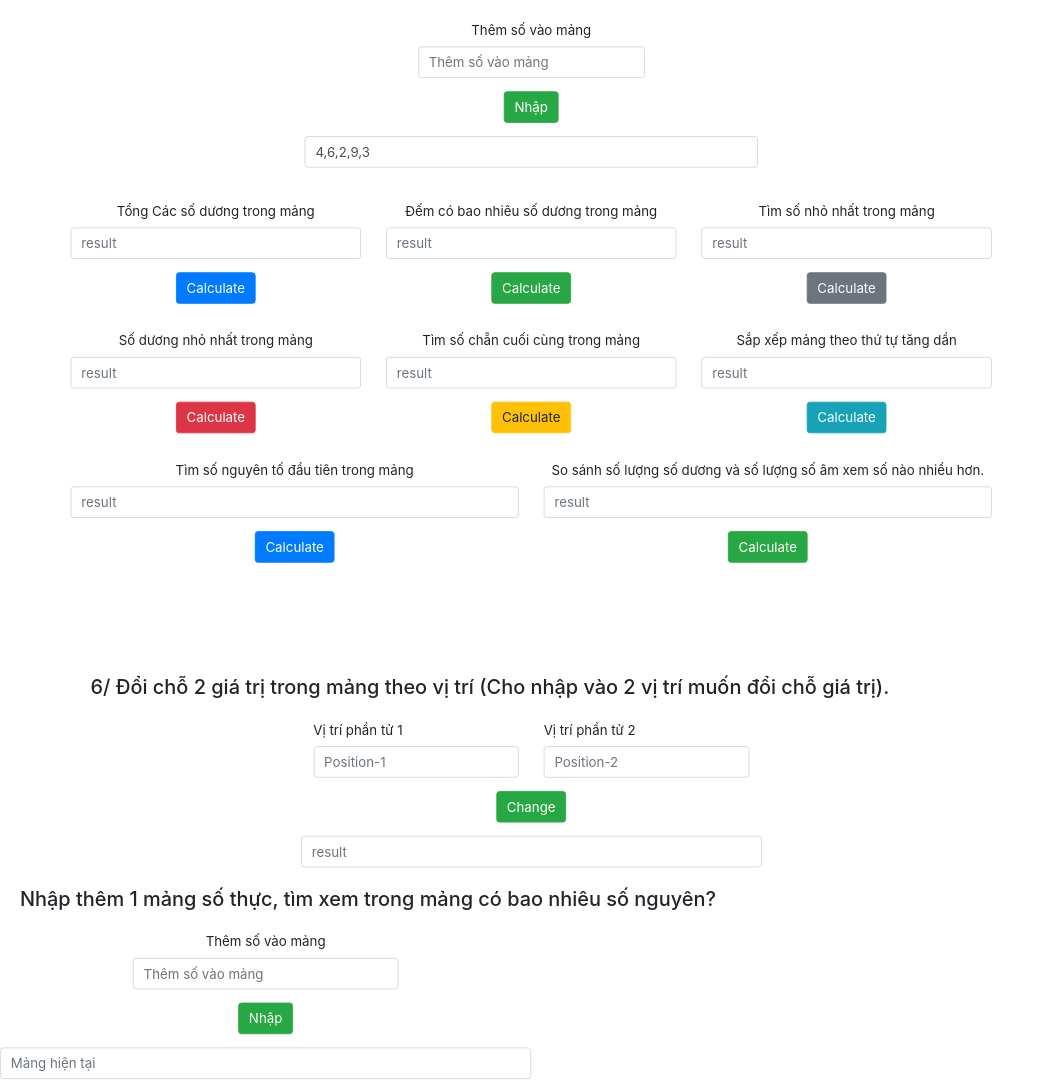
Repository: baobaodeveloper/bootcamp21__array__HuynhAnhBao
Page: index.html
The author's editor kept a copy of each file at every save. The page is drawn from the files as they stood at one save, then again after the next save.
The browser window is 1280 px wide. The pictures show the whole page, at 83% of full size.

Above is the page before, as saved 2022-03-20 19:48:02.

After the next save:
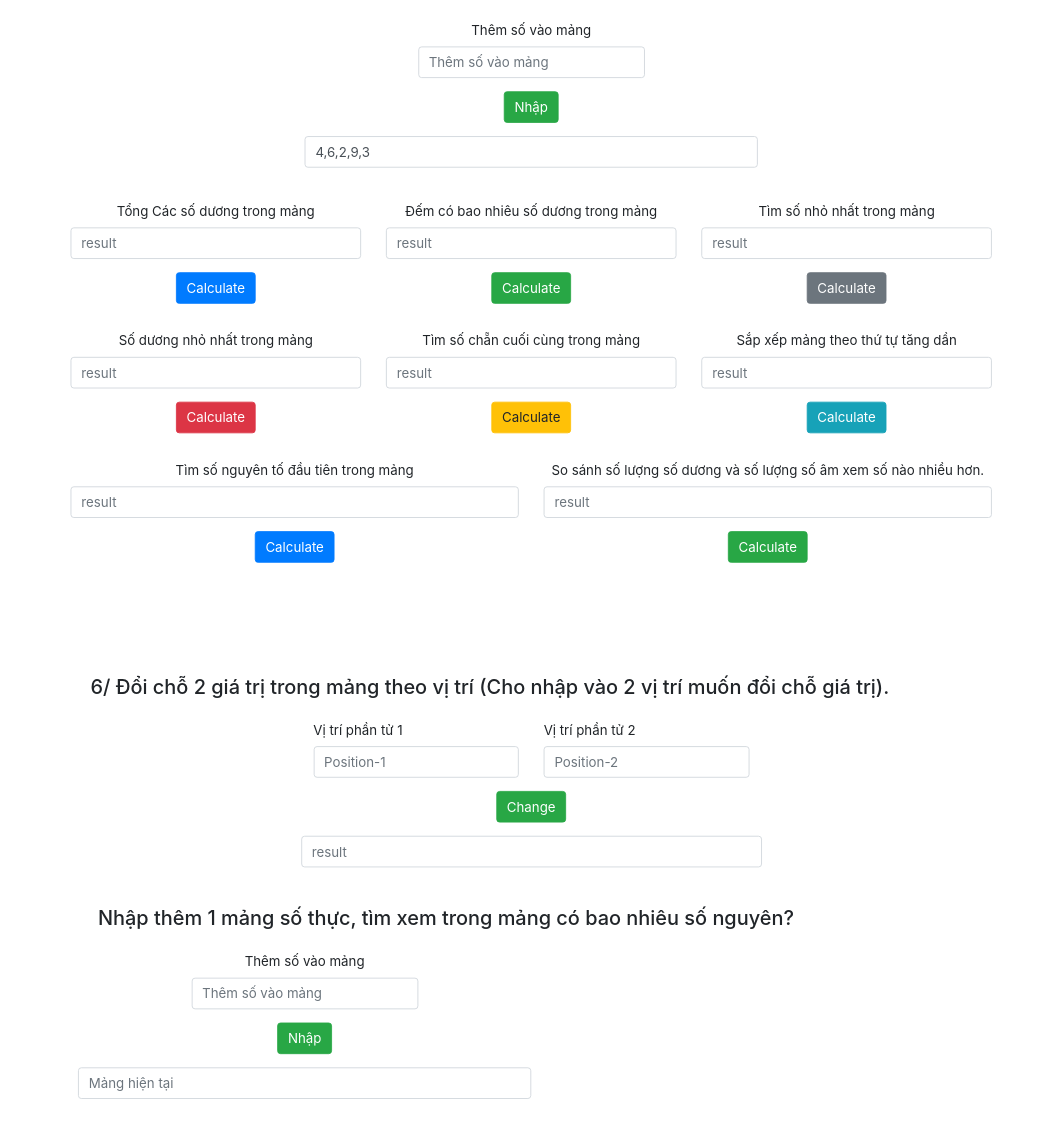
Saved 8 s later.
--- a/index.html
+++ b/index.html
@@ -206,7 +206,7 @@
       </div>
     </div>
 
-    <div class="containerp-4">
+    <div class="container p-4">
       <h4 class="m-4">
         Nhập thêm 1 mảng số thực, tìm xem trong mảng có bao nhiêu số nguyên?
       </h4>
